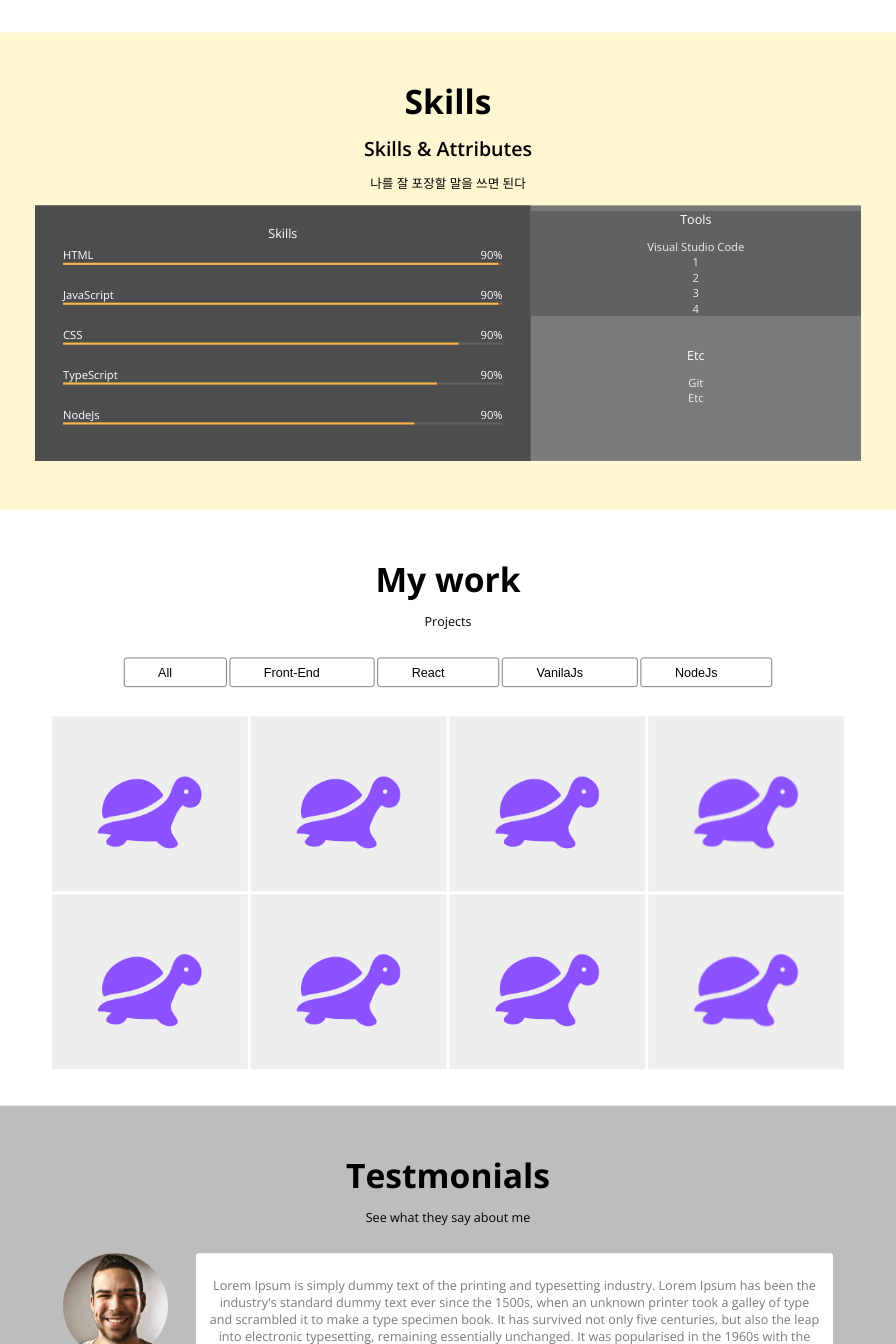
Repository: DevMinwoo-Jung/MinwooPortfolio
Page: index.html
These files come from the project's save history. The page is drawn as it stood at one moment and after the next save; the edit follows.
The browser window is 1280 px wide. The pictures show the part of the page from y = 2579 to 4499 px (the page is 5419 px tall), at 70% of full size.

Above is the page before, as saved 2021-06-04 14:52:35.

### index.html
<!DOCTYPE html>
<html lang="en">
<head>
  <meta charset="UTF-8">
  <meta http-equiv="X-UA-Compatible" content="IE=edge">
  <meta name="viewport" content="width=device-width, initial-scale=1.0">
  <title>Minwoo's Portfolio</title>
  <meta name="description" content="(will be) world-renowned Front-End Web developer Minwoo">
  <meta name="author" content= "Minwoo Jung">
  <link rel="icon" type ="image/png" href="imgs/favicon.png">
  <link rel="stylesheet" href="https://use.fontawesome.com/releases/v5.15.3/css/all.css" integrity="sha384-SZXxX4whJ79/gErwcOYf+zWLeJdY/qpuqC4cAa9rOGUstPomtqpuNWT9wdPEn2fk" crossorigin="anonymous">
  <link rel="preconnect" href="https://fonts.gstatic.com">
<link href="https://fonts.googleapis.com/css2?family=Open+Sans:wght@400;600;700&display=swap" rel="stylesheet">
<link rel="stylesheet" href="style.css">
<script src="main.js" defer></script>
</head>
<body>
  <!-- Navbar -->
  <nav id="navbar">
    <div class="navbar__logo">
      <img src="imgs/favicon.png" alt="">
      <a href="#">Minwoo</a>
    </div>
    <div class="navbar__menu">
      <ul class="navbar__menu">
        <li class="navbar__menu__item active" data-link="#home">Home</li>
        <li class="navbar__menu__item" data-link="#about">About</li>
        <li class="navbar__menu__item" data-link="#skills">Skills</li>
        <li class="navbar__menu__item" data-link="#work">My work</li>
        <li class="navbar__menu__item" data-link="#testimonials">Testimonial</li>
        <li class="navbar__menu__item" data-link="#contact">Contact</li>
      </ul>
    </div>
  <!-- Toggle Button -->
      <button class="navbar__toggle-btn">
        <i class="fas fa-bars"></i>
      </button>
  </nav>

  <!-- Arrow Button -->
    <button class="home__btn" data-link="#home">
      <i class="fas fa-chevron-circle-up"></i>
    </button>


  <!-- Home -->
  <section id="home">
    <div class="home__container">
      <img src="imgs/myPhoto.jpg" alt="Minwoo's profile photo" class="home__avatar">
      <h1 class="home__title">반갑습니다. <br> 프론트엔드 개발자 정민우입니다.</h1>
      <h2 class="home__description">멈추지 않는 개발자로 살아가고싶습니다.</h2>
      <button class="home__contact" data-link="#contact">Contact Me</button>
    </div>
  </section>
  <!-- About -->
  <section id="about" class="section section__container">
    <h1>About me</h1>
    <p>나를 나타내는 문장 문장 장문 문에 있는 고추장</p>
    <div class="aoubt__majors">
      <div class="major">
        <div class="major__icon">
          <i class="fab fa-js-square"></i>
        </div>
        <h2 class="major__title">Front-End</h2>
        <div class="major__description">
          HTML, CSS, JavaScript, TypeScript
        </div>
      </div>
      <div class="major">
        <div class="major__icon">
          <i class="fab fa-node"></i>
        </div>
        <div class="major__title">Back-End</div>
        <div class="major__description">
          HTML, CSS, JavaScript, TypeScript
        </div>
      </div>
      <div class="major">
        <div class="major__icon">
          <i class="fab fa-react"></i>
        </div>
        <div class="major__title">Framework</div>
        <div class="major__description">
          HTML, CSS, JavaScript, TypeScript
        </div>
      </div>
    </div>
    <div class="aoubt__jobs">
      <div class="job">
        <img src="imgs/school.png" alt="" class="job__logo">
      </div>
      <div class="job__description">
        <p class="job__period">쌍용교육센터 - 2019.09 ~ 2020.04</p>
      </div>
      <div class="job">
        <img src="imgs/school.png" alt="" class="job__logo">
      </div>
      <div class="job__description">
        <p class="job__period">호서대학교 - 2012.02 ~ 2017.02</p>
      </div>
    </div>



  </section>
  <!-- Skills -->
  <section id="skills" class="section">
    <div class="section__container">
      <h1>Skills</h1>
      <h2>Skills & Attributes</h2>
      <p>
        나를 잘 포장할 말을 쓰면 된다
      </p>
      <div class="skillset">
        <div class="skillset__left">
          <h3 class="skillset__title">Skills</h3>
          <div class="skill">
            <div class="skill__description">
              <span>HTML</span>
              <span>90%</span>
            </div>
            <div class="skill__bar">
              <div class="skill__value" style="width: 99%;"></div>
            </div>
          </div>
          <div class="skill">
            <div class="skill__description">
              <span>JavaScript</span>
              <span>90%</span>
            </div>
            <div class="skill__bar">
              <div class="skill__value"  style="width: 99%;"></div>
            </div>
          </div>
          <div class="skill">
            <div class="skill__description">
              <span>CSS</span>
              <span>90%</span>
            </div>
            <div class="skill__bar">
              <div class="skill__value"  style="width: 90%;"></div>
            </div>
          </div>
          <div class="skill">
            <div class="skill__description">
              <span>TypeScript</span>
              <span>90%</span>
            </div>
            <div class="skill__bar">
              <div class="skill__value"  style="width: 85%;"></div>
            </div>
          </div>
          <div class="skill">
            <div class="skill__description">
              <span>NodeJs</span>
              <span>90%</span>
            </div>
            <div class="skill__bar">
              <div class="skill__value"  style="width: 80%;"></div>
            </div>
          </div>
        </div>
        <div class="skillset__right">
          <div class="tools">
            <h3 class="skillset__title">Tools</h3>
            <ul class="tools__list">
              <li><span>Visual Studio Code</span></li>
              <li><span>1</span></li>
              <li><span>2</span></li>
              <li><span>3</span></li>
              <li><span>4</span></li>
            </ul>
          </div>
          <div class="etc">
            <h3 class="skillset__title">Etc</h3>
            <ul class="etc__list">
              <li><span>Git</span></li>
              <li><span>Etc</span></li>
            </ul>
          </div>
        </div>
      </div>
    </div>
  </section>
  <!-- Work -->
  <section id="work" class="section">
<div class="section__container">
  <h1>My work</h1>
  <h3>Projects</h3>
  <div class="work__categories">
    <button class="category__btn active" data-filter="*">All <span class="category__count">8</span></button>
    <button class="category__btn" data-filter="Front-End">Front-End <span class="category__count">3</span></button>
    <button class="category__btn" data-filter="React">React <span class="category__count">2</span></button>
    <button class="category__btn" data-filter="vanilaJs">VanilaJs <span class="category__count">2</span></button>
    <button class="category__btn" data-filter="nodeJs">NodeJs <span class="category__count">1</span></button>
  </div>
  <div class="work__projects">
    <a href="mygithub" class="project" target="blank" data-type="*">
    <img class="project__img" src="imgs/favicon.png" alt="project1">
    <!-- 이미지 추후에 넣자 -->
    <div class="project__description">
      <h3>Proejct</h3>
      <span>Clone coding with HTML and CSS</span>
    </div>
    </a>
    <a href="mygithub" class="project" target="blank" data-type="Front-End">
      <img class="project__img" src="imgs/favicon.png" alt="project1">
      <!-- 이미지 추후에 넣자 -->
      <div class="project__description">
        <h3>Proejct</h3>
        <span>Clone coding with HTML and CSS</span>
      </div>
      </a>
      <a href="mygithub" class="project" target="blank" data-type="Front-End">
        <img class="project__img" src="imgs/favicon.png" alt="project1">
        <!-- 이미지 추후에 넣자 -->
        <div class="project__description">
          <h3>Proejct</h3>
          <span>Clone coding with HTML and CSS</span>
        </div>
      </a>
      <a href="mygithub" class="project" target="blank" data-type="React">
        <img class="project__img" src="imgs/favicon.png" alt="project1">
        <!-- 이미지 추후에 넣자 -->
        <div class="project__description">
          <h3>Proejct</h3>
          <span>Clone coding with HTML and CSS</span>
        </div>
      </a>
      <a href="mygithub" class="project" target="blank" data-type="vanilaJs">
        <img class="project__img" src="imgs/favicon.png" alt="project1">
        <!-- 이미지 추후에 넣자 -->
        <div class="project__description">
          <h3>Proejct</h3>
          <span>Clone coding with HTML and CSS</span>
        </div>
      </a>
      <a href="mygithub" class="project" target="blank" data-type="vanilaJs">
        <img class="project__img" src="imgs/favicon.png" alt="project1">
        <!-- 이미지 추후에 넣자 -->
        <div class="project__description">
          <h3>Proejct</h3>
          <span>Clone coding with HTML and CSS</span>
        </div>
      </a>
      <a href="mygithub" class="project" target="blank" data-type="nodeJs">
        <img class="project__img" src="imgs/favicon.png" alt="project1">
        <!-- 이미지 추후에 넣자 -->
        <div class="project__description">
          <h3>Proejct</h3>
          <span>Clone coding with HTML and CSS</span>
        </div>
      </a>
      <a href="mygithub" class="project" target="blank" data-type="React">
        <img class="project__img" src="imgs/favicon.png" alt="project1">
        <!-- 이미지 추후에 넣자 -->
        <div class="project__description">
          <h3>Proejct</h3>
          <span>Clone coding with HTML and CSS</span>
        </div>
      </a>
  </div>
</div>
  </section>
  <!-- Testimonials -->
  <section id="testimonials" class="section">
<div class="section__container">
  <h1>Testmonials</h1>
  <h3>See what they say about me</h3>
  <div class="testimonials">
    <div class="testimonial">
      <img src="imgs/testimonail/people.jpg" alt="" class="testimonial__avatar">
      <div class="testimonail__speech-bubble">
        <p>Lorem Ipsum is simply dummy text of the printing and typesetting industry. Lorem Ipsum has been the industry's standard dummy text ever since the 1500s, when an unknown printer took a galley of type and scrambled it to make a type specimen book. It has survived not only five centuries, but also the leap into electronic typesetting, remaining essentially unchanged. It was popularised in the 1960s with the release of Letraset sheets containing Lorem Ipsum passages, and more recently with desktop publishing software like Aldus PageMaker including versions of Lorem Ipsum.</p>
        <p class="name"><a href="">이름</a>일한곳</p>
      </div>
    </div>
    <div class="testimonial">
      <div class="testimonail__speech-bubble">
        <p>Lorem Ipsum is simply dummy text of the printing and typesetting industry. Lorem Ipsum has been the industry's standard dummy text ever since the 1500s, when an unknown printer took a galley of type and scrambled it to make a type specimen book. It has survived not only five centuries, but also the leap into electronic typesetting, remaining essentially unchanged. It was popularised in the 1960s with the release of Letraset sheets containing Lorem Ipsum passages, and more recently with desktop publishing software like Aldus PageMaker including versions of Lorem Ipsum.</p>
        <p class="name"><a href="">이름</a>일한곳</p>
      </div>
      <img src="imgs/testimonail/people.jpg" alt="" class="testimonial__avatar">
    </div>
  </div>
</div>
  </section>
  <!-- Contact -->
  <section id="contact" class="section">
    <h1 class="contact__title">Let's talk</h1>
    <h2 class="contact__email">applejung312@gmail.com</h2>
    <div class="contact__links">
      <a href="https://github.com/DevMinwoo-Jung" target="_blank">
        <i class="fab fa-github"></i>
      </a>
      <a href="https://dev-minwoo.tistory.com/" target="_blank">
        <i class="fas fa-blog"></i>
      </a>
    </div>
    <p class="contact__right">
      2021 Minwoo Jung - All rights reseverd
    </p>
  </section>
</body>
</html>

### style.css
/* Global */
:root {
  /* Color */
  --color-white: #ffffff;
  --color-light-white: #eeeeee;
  --color-dark-white: #bdbdbd;
  --color-pink: #fe918d;
  --color-dark-pink: #ff6863;
  --color-dark-grey: #4d4d4d;
  --color-grey: #616161;
  --color-light-grey: #7c7979;
  --color-blue: #73aace;
  --color-yellow: #fff7d1;
  --color-orange: #feb546;
  --color-black: #000000;
  --color-dard-purple: rgb(78, 23, 69);

  /* Font size */
  --font-large: 48px;
  --font-medium: 28px;
  --font-regular: 18px;
  --font-small: 16px;
  --font-micro: 14px;

  /* Font weight */
  --weight-bold: 700;
  --weight-semi-bold: 600;
  --weight-regular: 400;

  /* Size */
  --size-border-radius: 4px;

  /* Animation Duration */
  --animation-duration: 300ms;
}

/* Universal tags */
* {
  box-sizing: border-box;
}

/* Typography */
h1 {
  font-size: var(--font-large);
  font-weight: var(--weight-bold);
  color: var(--color-black);
  margin: 16px 0px;
}

h2 {
  font-size: var(--font-medium);
  font-weight: var(--weight-semi-bold);
  color: var(--color-black);
  margin: 8px 0;
}

h3 {
  font-size: var(--font-regular);
  font-weight: var(--weight-regular);
  color: var(--color-black);
  margin: 8px 0;
}

p {
  font-size: var(--font-regular);
  font-weight: var(--weight-regular);
  color: var(--color-black);
  margin: 16px 0;
}

body {
  margin: 0;
  font-family: "Open Sans", sans-serif;
  cursor: default;
}

a {
  text-decoration: none;
  color: var(--color-white);
}

ul {
  list-style: none;
  padding-left: 0;
}

li {
  list-style: none;
}

button {
  background-color: transparent;
  cursor: pointer;
  border: none;
  outline: none;
}

/* Navbar */
#navbar {
  display: flex;
  justify-content: space-between;
  background-color: purple;
  align-items: center;
  position: fixed;
  width: 100%;
  transition: all var(--animation-duration) ease-in-out;
  z-index: 1;
}

#navbar.navbar--dark {
  background-color: rgb(150, 95, 150);
  padding: 8px;
}

.navbar__menu {
  display: flex;
}

.navbar__menu__item {
  padding: 8px 12px;
  margin: 0 4px;
  cursor: pointer;
  color: var(--color-white);
  border: 1px solid transparent;
}

.navbar__menu__item:hover {
  background-color: var(--color-dard-purple);
  border-radius: var(--size-border-radius);
}

.navbar__logo {
  font-size: var(--font-medium);
  font-weight: var(--weight-semi-bold);
  color: white;
}

.navbar__logo img {
  height: 100px;
  width: 100px;
}

.navbar__logo a {
  position: relative;
  bottom: 35px;
}

.navbar__toggle-btn {
  position: absolute;
  right: 32px;
  font-size: 24px;
  color: var(--color-white);
  top: 24px;
  display: none;
}

/* Home */
#home {
  background: url("imgs/background\ Img.png") center/cover no-repeat;
  padding: 150px;
  text-align: center;
}

.home__fadeOut {
  opacity: 0.5;
  transition: all calc(var(--animation-duration)) ease-in-out;
}

.home__avatar {
  width: 250px;
  height: 250px;
  border-radius: 50%;
  border: 2px solid var(--color-white);
}

.home__title,
.home__description {
  color: var(--color-white);
}

.home__contact {
  color: var(--color-white);
  font-size: var(--font-regular);
  font-weight: var(--weight-bold);
  margin: 24px;
  padding: 8px 12px;
  border: 2px solid (var(--color-white));
  border-radius: var(--size-border-radius);
}

/* Section common */
.section {
  margin: auto;
  padding: 50px;
  text-align: center;
}

.section__container {
  max-width: 1200px;
  margin: auto;
}

/* About */
.aoubt__majors {
  display: flex;
  justify-content: space-between;
  margin: 80px 0;
}

.major__icon {
  width: 170px;
  height: 170px;
  font-size: 70px;
  line-height: 170px;
  margin: auto;
  border: 1px solid var(--color-white);
  border-radius: 50%;
  margin-bottom: 16px;
  color: var(--color-blue);
}

.major__icon i {
  transition: all var(--animation-duration) ease;
}

.major__icon:hover i {
  color: var(--color-pink);
  transform: rotate(-30deg) scale(1.1);
}

/*
.major__icon i:hover{
  이렇게하면 i에 올려났을때만 변하지만
  위처럼하면 icon에 올렸을때 i만 변한다
  color: var(--color-pink);
  transform: rotate(-30deg) scale(1.1);
} */

.major__title,
.major__description {
  color: var(--color-dark-grey);
}

.major__description {
  font-size: var(--font-small);
}

.job {
  display: flex;
  align-items: center;
}

.job__description {
  margin: 0 16px;
  text-align: left;
}

.job__name,
.job__period {
  color: var(--color-light-grey);
}

.job__name {
  font-size: var(--font-small);
}

.job__period {
  font-size: var(--font-micro);
}

/* Skill */
#skills {
  background-color: var(--color-yellow);
}

.skillset {
  display: flex;
  background-color: var(--color-light-grey);
  color: var(--color-light-white);
  margin: 20px 0;
}

.skillset__title {
  color: var(--color-white);
}

.skillset__left {
  flex-basis: 60%;
  background-color: var(--color-dark-grey);
  color: var(--color-white);
  padding: 20px 40px;
}

.skill__description {
  display: flex;
  justify-content: space-between;
}

.skillset__right {
  flex-basis: 40%;
}

.tools {
  background-color: var(--color-grey);
}

.skill__bar {
  width: 100%;
  height: 3px;
  background-color: var(--color-grey);
}

.skill {
  margin-bottom: 32px;
}

.skill__value {
  height: 3px;
  background-color: var(--color-orange);
}

.tolls,
.etc {
  padding: 20px;
}

/* Work */
.work__categories {
  margin: 40px;
}

.category__btn {
  border: 1px solid var(--color-dark-grey);
  border-radius: var(--size-border-radius);
  font-size: var(--font-regular);
  padding: 8px 48px;
}

.category__btn.selected,
.category__btn:hover {
  background-color: var(--color-pink);
  color: var(--color-white);
}

.category__btn.selected,
.category__count,
.category__btn:hover .category__count {
  opacity: 1;
  top: 0;
}
.category__count {
  background-color: var(--color-orange);
  border-radius: 50%;
  color: var(--color-white);
  width: 24px;
  height: 24px;
  display: inline-block;
  line-height: 24px;
  position: relative;
  top: -20px;
  left: 4px;
  opacity: 0;
  transition: all var(--animation-duration);
}

.work__projects {
  display: flex;
  flex-wrap: wrap;
  justify-content: center;
  opacity: 1;
  transition: all var(--animation-duration) ease-out;
}

.work__projects.anim-out {
  opacity: 0;
  transform: scale(0.9) translateY(40px);
}

.project {
  width: 280px;
  display: flex;
  justify-content: center;
  align-items: center;
  height: 250px;
  margin: 2px;
  background-color: var(--color-light-white);
  position: relative;
}

.project__img {
  max-width: 100%;
  max-height: 100%;
  align-self: center;
}

.project__description {
  position: absolute;
  top: 0;
  left: 0;
  width: 100%;
  height: 100%;
  display: flex;
  flex-direction: column;
  justify-content: center;
  opacity: 0;
  transition: all var(--animation-duration) ease-in;
  transform: translateY(10px);
  background-color: black;
}

.project.invisible {
  display: none;
}

.project:hover .project__description {
  opacity: 0.8;
  transform: translateY(0px);
}

.project__description h3 {
  color: var(--color-white);
}

.project__description h3:after {
  content: "";
  display: block;
  position: relative;
  width: 25px;
  height: 25px;
  left: 50%;
  margin-left: -12px;
  background-color: var(--color-dark-white);
}

/* Testimonial */
#testimonials {
  background-color: var(--color-dark-white);
}

.testimonials {
  margin: 40px;
}

.testimonial {
  display: flex;
  margin: 32px 0;
}

.testimonial__avatar {
  width: 150px;
  height: 150px;
  border-radius: 50%;
}

.testimonial__avatar:nth-child(odd) {
  margin-right: 40px;
}

.testimonial__avatar:nth-child(even) {
  margin-left: 40px;
}

.testimonail__speech-bubble {
  padding: 18px;
  background-color: var(--color-white);
  border-radius: var(--size-border-radius);
}

.testimonail__speech-bubble p {
  color: var(--color-light-grey);
}

.testimonail__speech-bubble a {
  color: var(--color-pink);
}

/* Contact */

#contact {
  background-color: var(--color-pink);
}

.contact__title,
.contact__email,
.contact__rights {
  color: var(--color-white);
}

.contact__title {
  margin: 32px 0;
}

.contact__links {
  font-size: var(--font-large);
  margin: 24px 0;
}

.contact__links i:hover {
  transform: scale(1.1);
  color: var(--color-yellow);
  transition: all var(--animation-duration) ease-in;
}

.home__btn {
  top: 90%;
  left: 90%;
  position: fixed;
  font-size: 40px;
  color: var(--color-white);
  background-color: purple;
  border-radius: 50%;
  width: 70px;
  height: 70px;
  pointer-events: none;
  opacity: 0;
  transition: opacity var(--animation-duration) ease-in;
}

.home__btn--visible {
  opacity: 1;
  pointer-events: auto;
}

@media screen and (max-width: 768px) {
  .navbar__toggle-btn {
    display: block;
  }
  #navbar {
    flex-direction: column;
    align-items: flex-start;
    transition: 0.4s;
  }
  .navbar__menu {
    flex-direction: column;
    text-align: center;
    width: 100%;
    display: block;
  }

  .about__majors {
    flex-direction: column;
  }

  .major {
    margin-bottom: 38px;
  }

  .skillset {
    flex-direction: column;
  }

  .testimonail__avatar {
    width: 80px;
    height: 80px;
  }
}

Loaded but not shown: main.js (102 lines, source omitted)

After the next save:
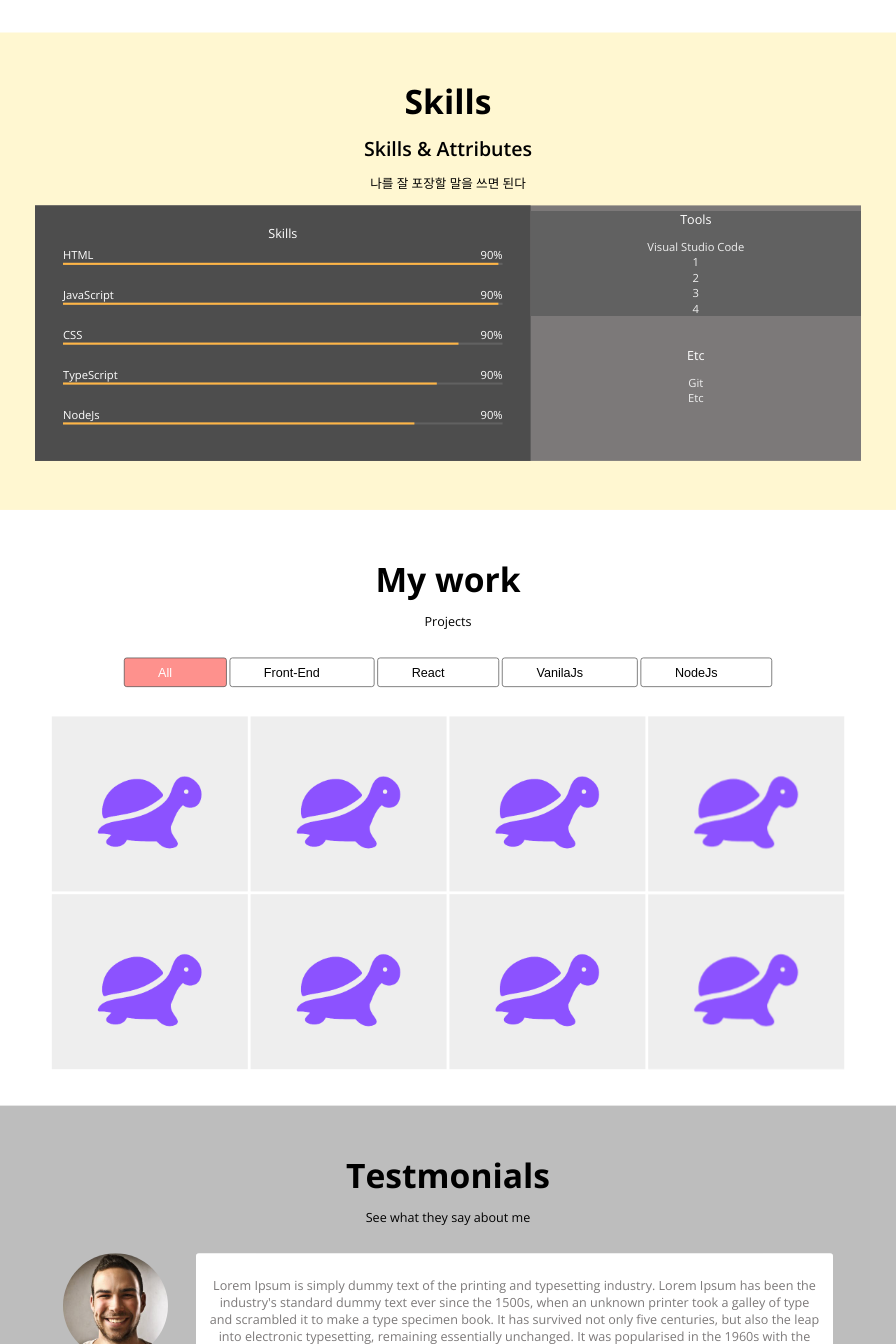
Saved 94 s later.
--- a/index.html
+++ b/index.html
@@ -188,7 +188,7 @@
   <h1>My work</h1>
   <h3>Projects</h3>
   <div class="work__categories">
-    <button class="category__btn active" data-filter="*">All <span class="category__count">8</span></button>
+    <button class="category__btn selected" data-filter="*">All <span class="category__count">8</span></button>
     <button class="category__btn" data-filter="Front-End">Front-End <span class="category__count">3</span></button>
     <button class="category__btn" data-filter="React">React <span class="category__count">2</span></button>
     <button class="category__btn" data-filter="vanilaJs">VanilaJs <span class="category__count">2</span></button>
